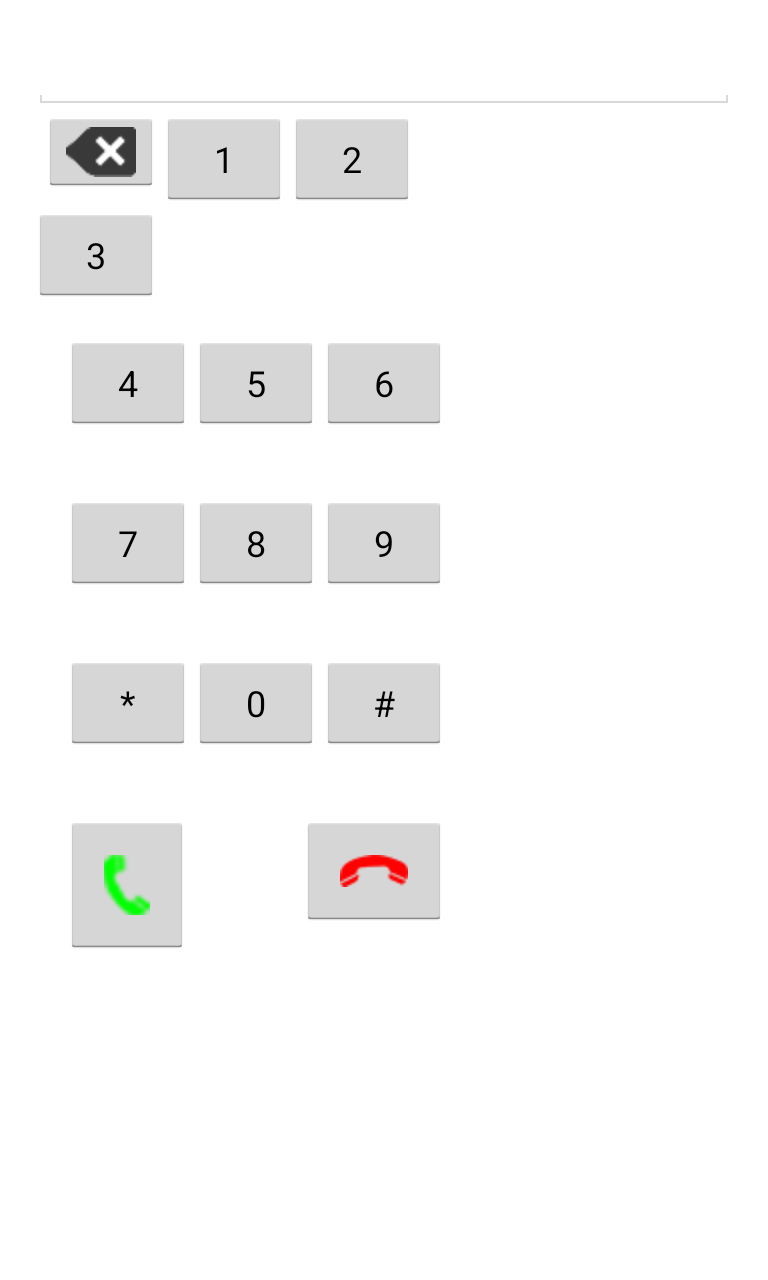
Repository: andreeastoican/Laborator03
Layout: PhoneDialer/res/layout/activity_phone_dialer.xml
An editor plug-in stored every save of this project. The layout is shown before and after the next save, followed by the edit.
It is drawn on a 768 x 1280 px phone screen (xhdpi) without system bars, with theme AppTheme; the app's code is not run.

Above is the layout before, as saved 2015-03-10 09:56:05.

After the next save:
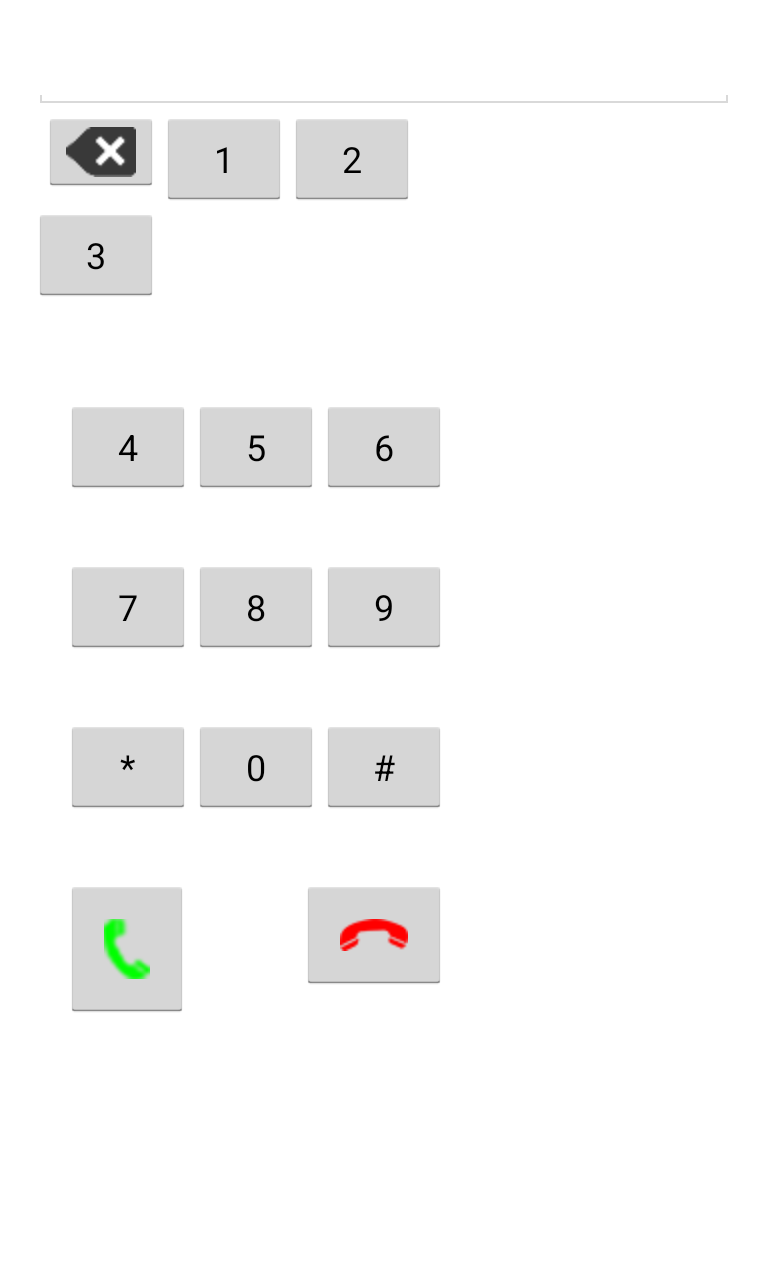
Saved 12 s later.
--- a/PhoneDialer/res/layout/activity_phone_dialer.xml
+++ b/PhoneDialer/res/layout/activity_phone_dialer.xml
@@ -59,6 +59,20 @@
 
 
 
+	<LinearLayout
+	      android:id="@+id/layout1"
+		  android:layout_below="@id/id_img_button"
+		  android:layout_width="wrap_content"
+		  android:layout_height="wrap_content"
+		  android:paddingBottom="@dimen/activity_vertical_margin"
+		  android:paddingLeft="@dimen/activity_horizontal_margin"
+		  android:paddingRight="@dimen/activity_horizontal_margin"
+		  android:paddingTop="@dimen/activity_vertical_margin"
+		  android:orientation="horizontal">
+
+
+
+	</LinearLayout>
 
 	<LinearLayout
 	  android:layout_below="@id/layout1"
